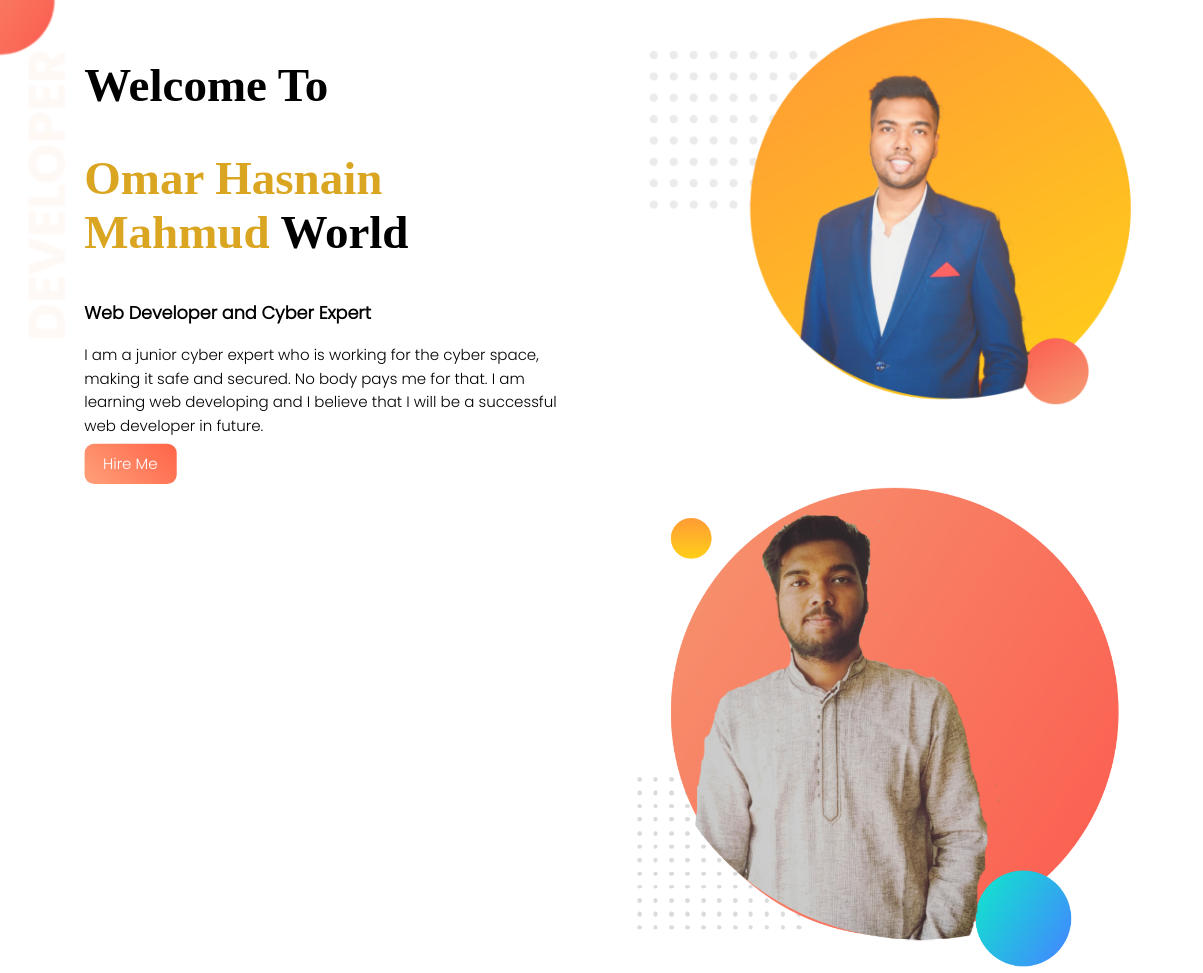
Repository: omarhasnain/web-portfolio
Page: index.html
These files come from the project's save history. The page is drawn as it stood at one moment and after the next save; the edit follows.
The browser window is 1280 px wide. The pictures show the whole page, at 94% of full size.
Some web fonts or font styles are not loaded; a fallback is used.

Above is the page before, as saved 2021-01-05 23:07:55.

### index.html
<!DOCTYPE html>
<html lang="en">
<head>
    <meta charset="UTF-8">
    <meta name="viewport" content="width=device-width, initial-scale=1.0">
    <title>Web Developer Omar</title>
    <link rel="preconnect" href="https://fonts.gstatic.com">
    <link href="https://fonts.googleapis.com/css2?family=Redressed&display=swap" rel="stylesheet">
    <link rel="preconnect" href="https://fonts.gstatic.com">
    <link href="https://fonts.googleapis.com/css2?family=Poppins:wght@300&display=swap" rel="stylesheet">
    <link rel="stylesheet" href="web portfolio style.css">
</head>
    <body>
        <section class="top-banner">
            <div class="half-width">
                    <h1>Welcome To </h1>
                    <h1><span class="name-highlight">Omar Hasnain Mahmud</span> World</h1>
                    <h3>Web Developer and Cyber Expert</h3>
                    <p>I am a junior cyber expert who is working for the cyber space, making it safe and secured. No body pays me for that. I am learning web developing and I believe that I will be a successful web developer in future.</p>
                    <a class="link-button" target="_blank" href="https://www.linkedin.com/in/hasnain-mahmud-708160170/">Hire Me</a>
            </div>
            <div class="half-width">
                <img src="images/profile.png" alt="">
            </div>
        </section>
        <section class="Future Goal">
            <div class="again-half-width">
            <img src="images/propic.png" alt="">

            </div>
            <div class="again-half-width">

            </div>
        </section>

    </body>
</html>

### web portfolio style.css
body{
    margin: 0;
    font-family: 'Poppins', sans-serif;
}
h1{
    font-size: 50px;
    font-family: 'Redressed', cursive;
}
.name-highlight{
    color: goldenrod;
}
h3{
    font-family: 'Poppins', sans-serif;
}

.half-width{
    width: 40%;
    float: left;
    margin-left: 5%;
    padding-left: 2%;
    padding-top: 1.5%;
}
.half-width img{
    width: 100%;
}
.top-banner{

    background-image: url("images/top-banner.png");
    background-repeat: no-repeat;
}
section{
    height: 500px;
}
.link-button{
    text-decoration: none;
    background-image: linear-gradient(45deg, lightsalmon, tomato);
    padding: 10px 20px;
    border-radius: 10px;
    color: white;
    font-weight: 580;
}
.again-half-width{
    width: 40%;
    float: right;
    margin-right: 5%;
    padding-right: 2%;
    padding-top: 1.5%;

}
.again-half-width img{
    width: 100%;
}

After the next save:
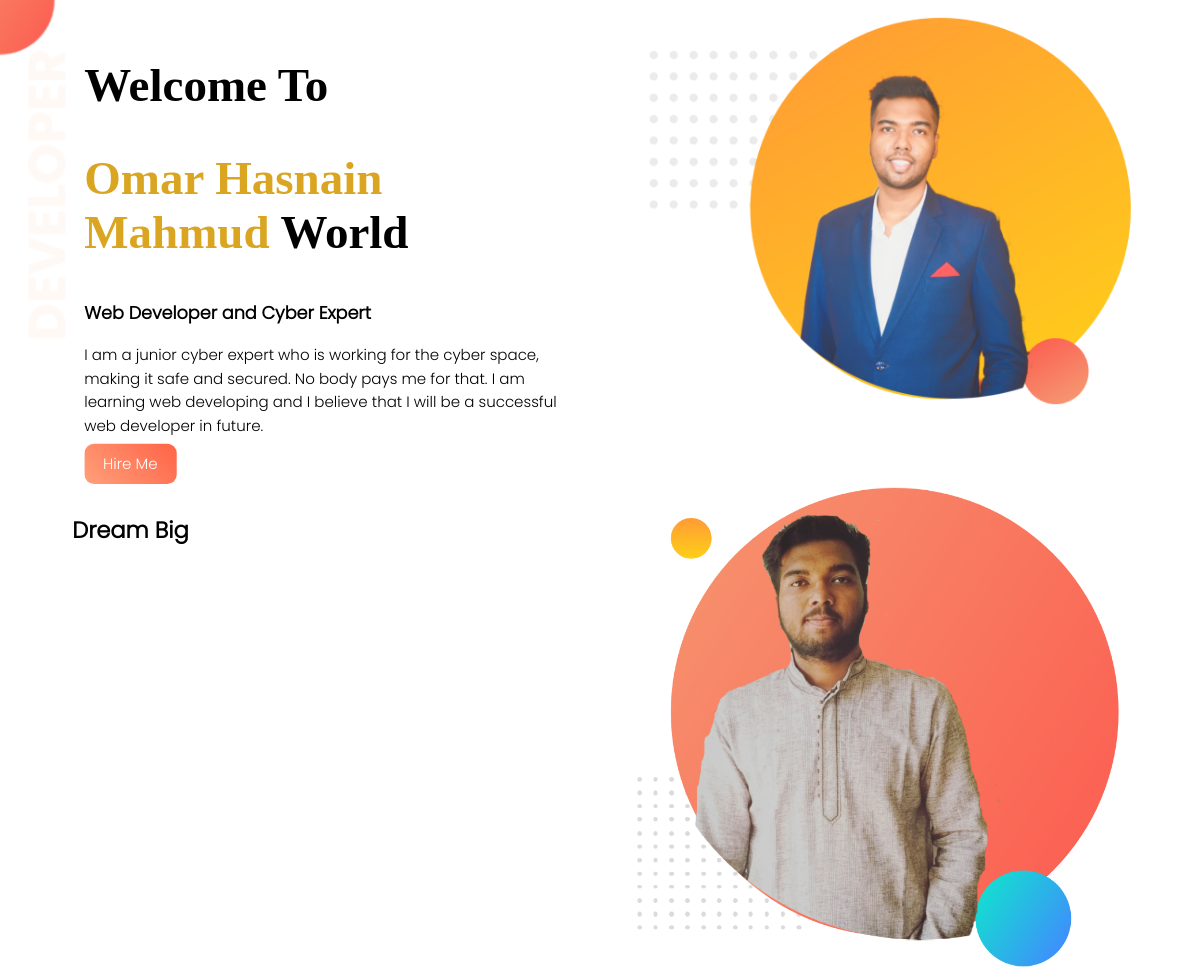
Saved 37 s later.
--- a/index.html
+++ b/index.html
@@ -29,6 +29,7 @@
 
             </div>
             <div class="again-half-width">
+                <h2> Dream Big</h2>
 
             </div>
         </section>
